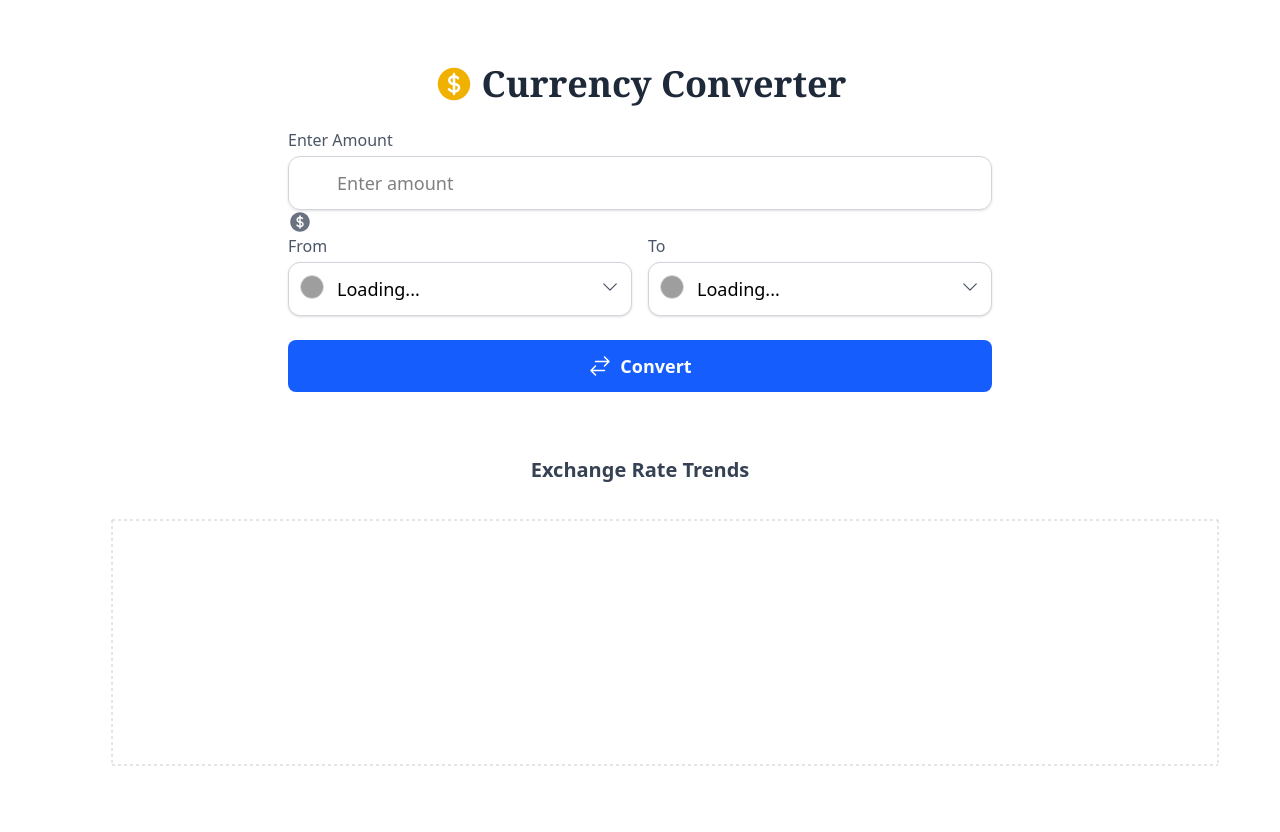
Repository: adrcstro/withcenter_developer_exam
Page: /
The author's editor kept a copy of each file at every save. The page is drawn from the files as they stood at one save, then again after the next save.
The browser window is 1280 px wide. The pictures show the whole page.
Pictures or frames that could not be fetched are drawn as grey boxes. The page's requests for data from a server got no answer. The project was rebuilt for these pictures with package versions that can differ from the ones it lists, and the page was loaded fresh each time. No one was signed in, and anything a server would have sent is missing. Also part of the build but not shown: vite.config.ts.

Above is the page before, as saved 2025-03-18 14:41:14.

### index.html
<!doctype html>
<html lang="en">
  <head>
    <meta charset="UTF-8" />
    <link rel="icon" type="image/svg+xml" href="/vite.svg" />
    <meta name="viewport" content="width=device-width, initial-scale=1.0" />
    <title>Vite + React + TS</title>
    <!-- public/index.html -->
  <link href="https://fonts.googleapis.com/css2?family=Montserrat:wght@300;400;500;700&display=swap" rel="stylesheet">


  </head>
  <body>
    <div id="root"></div>
    <script type="module" src="/src/main.tsx"></script>
  </body>
</html>

### src/main.tsx

import { createRoot } from 'react-dom/client'
import './index.css'
import App from './App.tsx'

createRoot(document.getElementById('root')!).render(

    <App />

)

### src/App.tsx
import { Provider } from "react-redux";
import { QueryClient, QueryClientProvider } from "@tanstack/react-query";
import { store } from "./Store/store";
import { useAppDispatch, useAppSelector } from "./Store/hooks";
import { setAmount, setFromCurrency, setToCurrency, setConvertedAmount } from "./Store/exchangeRateSlice";
import { useExchangeRates, useSupportedCurrencies } from "./Store/useExchangeRates";
import { ArrowsRightLeftIcon, CurrencyDollarIcon } from "@heroicons/react/24/solid";
import { AreaChart, Area, XAxis, YAxis, CartesianGrid, Tooltip, ResponsiveContainer } from "recharts";
import { ChevronDownIcon } from "@heroicons/react/24/solid"; // Import Heroicons
const queryClient = new QueryClient();

// Define an interface for currencies
interface Currency {
  code: string;
  name: string;
}

const currencyToCountryCode: Record<string, string> = {
  USD: "us", EUR: "eu", GBP: "gb", JPY: "jp", AUD: "au", CAD: "ca", CHF: "ch", CNY: "cn",
  INR: "in", BRL: "br", ZAR: "za", MXN: "mx", AED: "ae", AFN: "af", ALL: "al", AMD: "am",
  ANG: "an", AOA: "ao", ARS: "ar", AWG: "aw", AZN: "az", BBD: "bb", BDT: "bd", BGN: "bg",
  BHD: "bh", BIF: "bi", BMD: "bm", BND: "bn", BOB: "bo", BSD: "bs", BTN: "bt", BWP: "bw",
  BYN: "by", BZD: "bz", CLP: "cl", COP: "co", CRC: "cr", CUP: "cu", CVE: "cv", CZK: "cz",
  DJF: "dj", DKK: "dk", DOP: "do", DZD: "dz", EGP: "eg", ERN: "er", ETB: "et", FJD: "fj",
  FKP: "fk", FOK: "fo", GEL: "ge", GGP: "gg", GHS: "gh", GIP: "gi", GMD: "gm", GNF: "gn",
  GTQ: "gt", GYD: "gy", HKD: "hk", HNL: "hn", HRK: "hr", HTG: "ht", HUF: "hu", IDR: "id",
  ILS: "il", ISK: "is", JMD: "jm", JOD: "jo", KES: "ke", KGS: "kg", KHR: "kh", KMF: "km",
  KRW: "kr", KWD: "kw", KYD: "ky", KZT: "kz", LAK: "la", LBP: "lb", LKR: "lk", LRD: "lr",
  LSL: "ls", LYD: "ly", MAD: "ma", MDL: "md", MGA: "mg", MKD: "mk", MMK: "mm", MNT: "mn",
  MOP: "mo", MRU: "mr", MUR: "mu", MVR: "mv", MWK: "mw", MYR: "my", MZN: "mz", NAD: "na",
  NGN: "ng", NIO: "ni", NOK: "no", NPR: "np", NZD: "nz", OMR: "om", PAB: "pa", PEN: "pe",
  PGK: "pg", PHP: "ph", PKR: "pk", PLN: "pl", PYG: "py", QAR: "qa", RON: "ro", RSD: "rs",
  RUB: "ru", RWF: "rw", SAR: "sa", SBD: "sb", SCR: "sc", SDG: "sd", SEK: "se", SGD: "sg",
  SHP: "sh", SLL: "sl", SOS: "so", SRD: "sr", SSP: "ss", STN: "st", SYP: "sy", SZL: "sz",
  THB: "th", TJS: "tj", TMT: "tm", TND: "tn", TOP: "to", TRY: "tr", TTD: "tt", TZS: "tz",
  UAH: "ua", UGX: "ug", UYU: "uy", UZS: "uz", VES: "ve", VND: "vn", VUV: "vu", WST: "ws",
  XAF: "cm", XCD: "ag", XOF: "bj", XPF: "pf", YER: "ye", ZMW: "zm", ZWL: "zw",
};


const getFlagUrl = (currencyCode: string) => {
  const countryCode = currencyToCountryCode[currencyCode] || currencyCode.toLowerCase();
  return `https://flagcdn.com/w40/${countryCode}.png`;
};

function CurrencyConverter() {
  const dispatch = useAppDispatch();
  const { fromCurrency, toCurrency, amount, convertedAmount } = useAppSelector((state) => state.exchangeRates);

  const { data: exchangeRates } = useExchangeRates(fromCurrency);
  const { data: currencies, isLoading } = useSupportedCurrencies();

  const handleConvert = () => {
    if (!exchangeRates) return;
    const rate = exchangeRates[toCurrency] || 1;
    dispatch(setConvertedAmount((parseFloat(amount) * rate).toFixed(2)));
  };

  const chartData = exchangeRates
    ? Object.entries(exchangeRates).map(([currency, rate]) => ({ currency, rate }))
    : [];

  return (
    <div className="flex flex-col items-center justify-center min-h-screen  bg-white p-8">
      <div className="flex flex-col items-center justify-center w-full max-w-[2000px] px-8">
        <div className="bg-white rounded-xl p-8 w-full max-w-3xl">
        <h2 className="text-4xl font-serif font-semibold text-gray-800 text-center mb-6 flex items-center justify-center gap-2">
  <CurrencyDollarIcon className="w-10 h-10 text-yellow-500" />
  Currency Converter
</h2>

          <div className="mb-6">
  <label className="block text-gray-600 text-base font-medium">Enter Amount</label>
  <div className="relative">
    <input
      type="number"
      value={amount}
      onChange={(e) => dispatch(setAmount(e.target.value))}
      className="w-full mt-1 pl-12 pr-4 py-3 border border-gray-300 rounded-xl text-lg shadow-sm focus:outline-none focus:ring-2 focus:ring-blue-500 transition-all duration-200"
      placeholder="Enter amount"
    />
    <CurrencyDollarIcon className="w-6 h-6 text-gray-500 absolute " />
  </div>
</div>

<div className="flex gap-4 mb-6">
  {/* From Currency */}
  <div className="w-1/2">
    <label className="block text-gray-600 text-base font-medium">From</label>
    <div className="relative flex items-center">
      <img
        src={getFlagUrl(fromCurrency)}
        alt={fromCurrency}
        className="w-6 h-6 absolute left-3 rounded-full border border-gray-300"
      />
      <select
        value={fromCurrency}
        onChange={(e) => dispatch(setFromCurrency(e.target.value))}
        className="w-full mt-1 pl-12 pr-10 py-3 border border-gray-300 rounded-xl text-lg shadow-sm focus:outline-none focus:ring-2 focus:ring-blue-500 appearance-none bg-white transition-all duration-200"
      >
        {isLoading ? (
          <option>Loading...</option>
        ) : (
          currencies?.map(({ code, name }: Currency) => (
            <option key={code} value={code}>
              {code} - {name}
            </option>
          ))
        )}
      </select>
      <ChevronDownIcon className="w-5 h-5 absolute right-3 text-gray-600 pointer-events-none" />
    </div>
  </div>

  {/* To Currency */}
  <div className="w-1/2">
    <label className="block text-gray-600 text-base font-medium">To</label>
    <div className="relative flex items-center">
      <img
        src={getFlagUrl(toCurrency)}
        alt={toCurrency}
        className="w-6 h-6 absolute left-3 rounded-full border border-gray-300"
      />
      <select
        value={toCurrency}
        onChange={(e) => dispatch(setToCurrency(e.target.value))}
        className="w-full mt-1 pl-12 pr-10 py-3 border border-gray-300 rounded-xl text-lg shadow-sm focus:outline-none focus:ring-2 focus:ring-blue-500 appearance-none bg-white transition-all duration-200"
      >
        {isLoading ? (
          <option>Loading...</option>
        ) : (
          currencies?.map(({ code, name }: Currency) => (
            <option key={code} value={code}>
              {code} - {name}
            </option>
          ))
        )}
      </select>
      <ChevronDownIcon className="w-5 h-5 absolute right-3 text-gray-600 pointer-events-none" />
    </div>
  </div>
</div>

          <button
            onClick={handleConvert}
            className="w-full bg-blue-600 hover:bg-blue-700 text-white text-lg font-semibold py-3 rounded-lg flex items-center justify-center gap-2 transition duration-300"
          >
            <ArrowsRightLeftIcon className="w-6 h-6" />
            Convert
          </button>

          {convertedAmount && (
            <div className="mt-6 text-center">
              <p className="text-gray-800 text-xl">
                {amount} {fromCurrency} = <span className="font-bold text-green-600">{convertedAmount} {toCurrency}</span>
              </p>
            </div>
          )}
        </div>
      </div>

      {/* Chart Section */}
      <div className="w-full max-w-7xl mt-8">
        <h2 className="text-xl font-semibold text-gray-700 text-center mb-4">Exchange Rate Trends</h2>
        <ResponsiveContainer width="100%" height={300}>
          <AreaChart data={chartData} margin={{ top: 20, right: 30, left: 20, bottom: 5 }}>
            <CartesianGrid strokeDasharray="3 3" />
            <XAxis dataKey="currency" />
            <YAxis />
            <Tooltip />
            <Area type="monotone" dataKey="rate" stroke="#8884d8" fill="#8884d8" />
          </AreaChart>
        </ResponsiveContainer>
      </div>
    </div>
  );
}

export default function App() {
  return (
    <Provider store={store}>
      <QueryClientProvider client={queryClient}>
        <CurrencyConverter />
      </QueryClientProvider>
    </Provider>
  );
}

### src/Store/store.ts
// src/store/store.ts
import { configureStore } from "@reduxjs/toolkit";
import exchangeRateReducer from "./exchangeRateSlice";

export const store = configureStore({
  reducer: {
    exchangeRates: exchangeRateReducer,
  },
});

export type RootState = ReturnType<typeof store.getState>;
export type AppDispatch = typeof store.dispatch;

### src/Store/hooks.ts

import { TypedUseSelectorHook, useDispatch, useSelector } from "react-redux";
import type { RootState, AppDispatch } from "./store";

export const useAppDispatch: () => AppDispatch = useDispatch;
export const useAppSelector: TypedUseSelectorHook<RootState> = useSelector;

### src/Store/exchangeRateSlice.ts
// src/store/exchangeRateSlice.ts
import { createSlice, PayloadAction } from "@reduxjs/toolkit";

interface ExchangeRateState {
  fromCurrency: string;
  toCurrency: string;
  amount: string;
  convertedAmount: string;
}

const initialState: ExchangeRateState = {
  fromCurrency: "USD",
  toCurrency: "EUR",
  amount: "",
  convertedAmount: "",
};

const exchangeRateSlice = createSlice({
  name: "exchangeRate",
  initialState,
  reducers: {
    setFromCurrency: (state, action: PayloadAction<string>) => {
      state.fromCurrency = action.payload;
    },
    setToCurrency: (state, action: PayloadAction<string>) => {
      state.toCurrency = action.payload;
    },
    setAmount: (state, action: PayloadAction<string>) => {
      state.amount = action.payload;
    },
    setConvertedAmount: (state, action: PayloadAction<string>) => {
      state.convertedAmount = action.payload;
    },
  },
});

export const { setFromCurrency, setToCurrency, setAmount, setConvertedAmount } = exchangeRateSlice.actions;
export default exchangeRateSlice.reducer;

### src/Store/useExchangeRates.ts
import { useQuery } from "@tanstack/react-query";
import axios from "axios";

const API_KEY = import.meta.env.VITE_EXCHANGE_RATE_API_KEY;
const BASE_URL = "https://v6.exchangerate-api.com/v6";

const fetchCurrencies = async () => {
  const response = await axios.get(`${BASE_URL}/${API_KEY}/codes`);
  return response.data.supported_codes.map(([code, name]: [string, string]) => ({
    code,
    name,
  }));
};
const fetchExchangeRates = async (fromCurrency: string) => {
  const response = await axios.get(`${BASE_URL}/${API_KEY}/latest/${fromCurrency}`);
  return response.data.conversion_rates;
};
export const useExchangeRates = (fromCurrency: string) => {
  return useQuery({
    queryKey: ["exchangeRates", fromCurrency],
    queryFn: () => fetchExchangeRates(fromCurrency),
    staleTime: 1000 * 60 * 10, // 10 minutes cache
  });
};
export const useSupportedCurrencies = () => {
  return useQuery({
    queryKey: ["supportedCurrencies"],
    queryFn: fetchCurrencies,
    staleTime: Infinity,
  });
};

Loaded but not shown: src/index.css (common file)

After the next save:
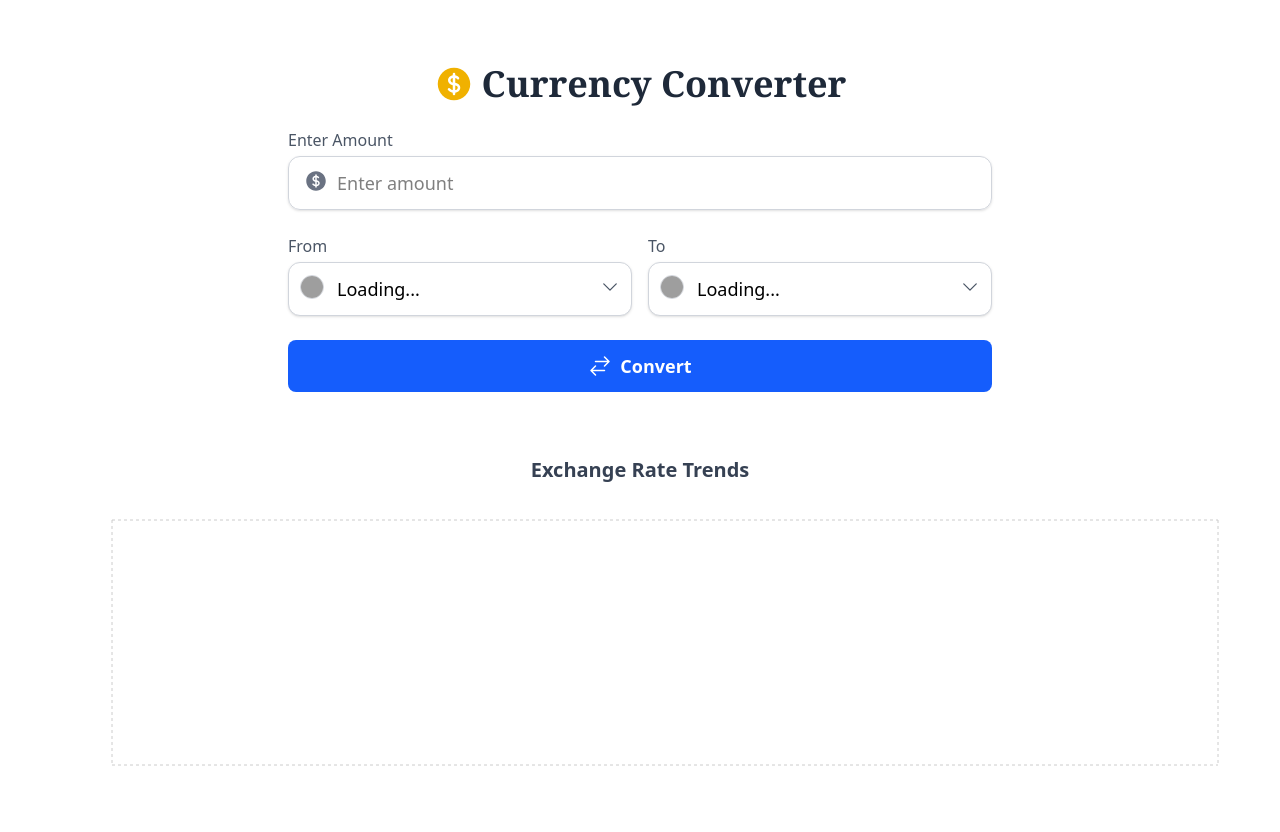
Saved 33 s later.
--- a/src/App.tsx
+++ b/src/App.tsx
@@ -69,7 +69,7 @@ function CurrencyConverter() {
   Currency Converter
 </h2>
 
-          <div className="mb-6">
+<div className="mb-6">
   <label className="block text-gray-600 text-base font-medium">Enter Amount</label>
   <div className="relative">
     <input
@@ -79,9 +79,10 @@ function CurrencyConverter() {
       className="w-full mt-1 pl-12 pr-4 py-3 border border-gray-300 rounded-xl text-lg shadow-sm focus:outline-none focus:ring-2 focus:ring-blue-500 transition-all duration-200"
       placeholder="Enter amount"
     />
-    <CurrencyDollarIcon className="w-6 h-6 text-gray-500 absolute " />
+    <CurrencyDollarIcon className="w-6 h-6 text-gray-500 absolute left-4 top-1/2 -translate-y-1/2" />
   </div>
 </div>
+
 
 <div className="flex gap-4 mb-6">
   {/* From Currency */}
